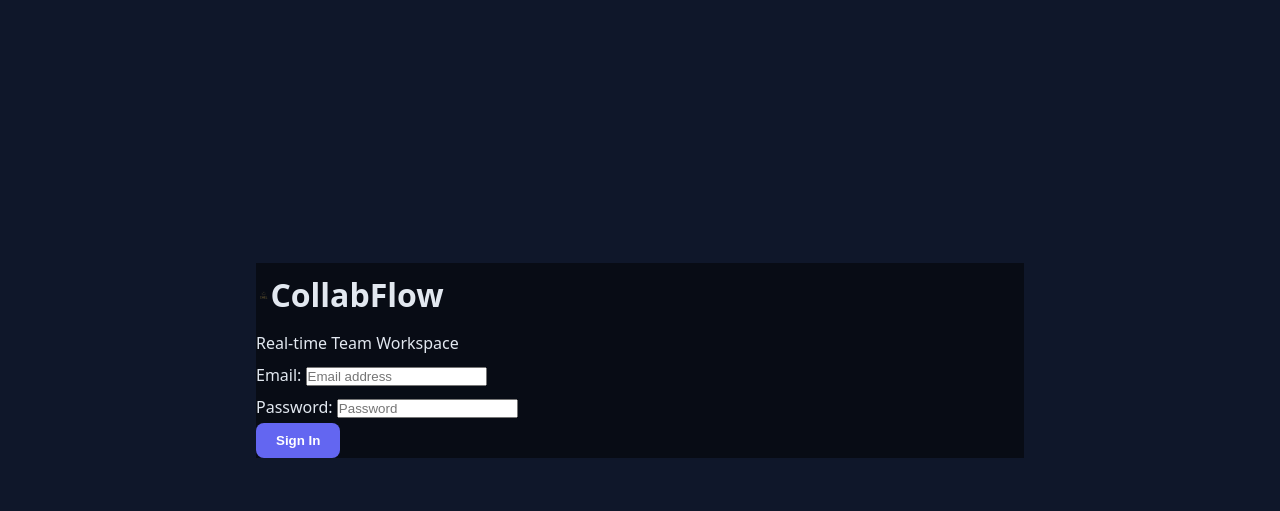
Repository: Lovethrech/collabflow
Page: /
An editor plug-in stored every save of this project. The page is shown before and after a run of saves, followed by the edit.
The browser window is 1280 px wide. The pictures show the whole page.
The project was rebuilt for these pictures with package versions that can differ from the ones it lists, and the page was loaded fresh each time. The framework's server and built-in components were replaced by stand-ins that run in the browser. Also part of the build but not shown: nuxt.config.ts.

Above is the page before, as saved 2026-05-20 19:30:21.

After the next 2 saves:
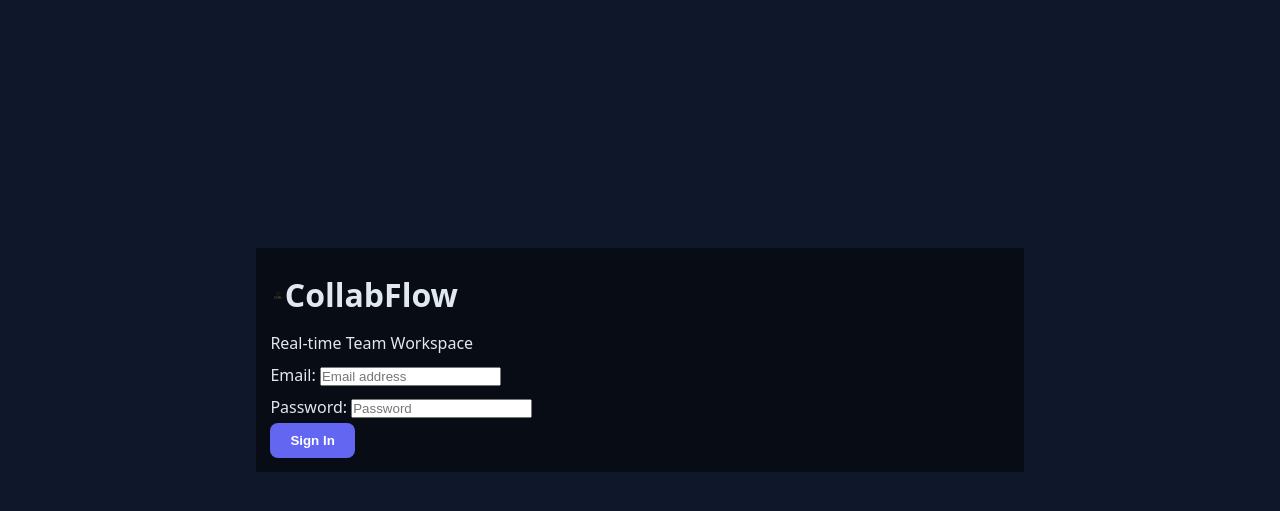
The 2 saves are shown as one change because they came seconds apart.
The last was saved 20 s later.
--- a/app/pages/index.vue
+++ b/app/pages/index.vue
@@ -57,6 +57,7 @@
 .auth-card{
     background-color: #0000007e;
     width: 60%;
+    padding: 2vh;
 }
 .auth-title-ctn img{
     width: 2vh;
